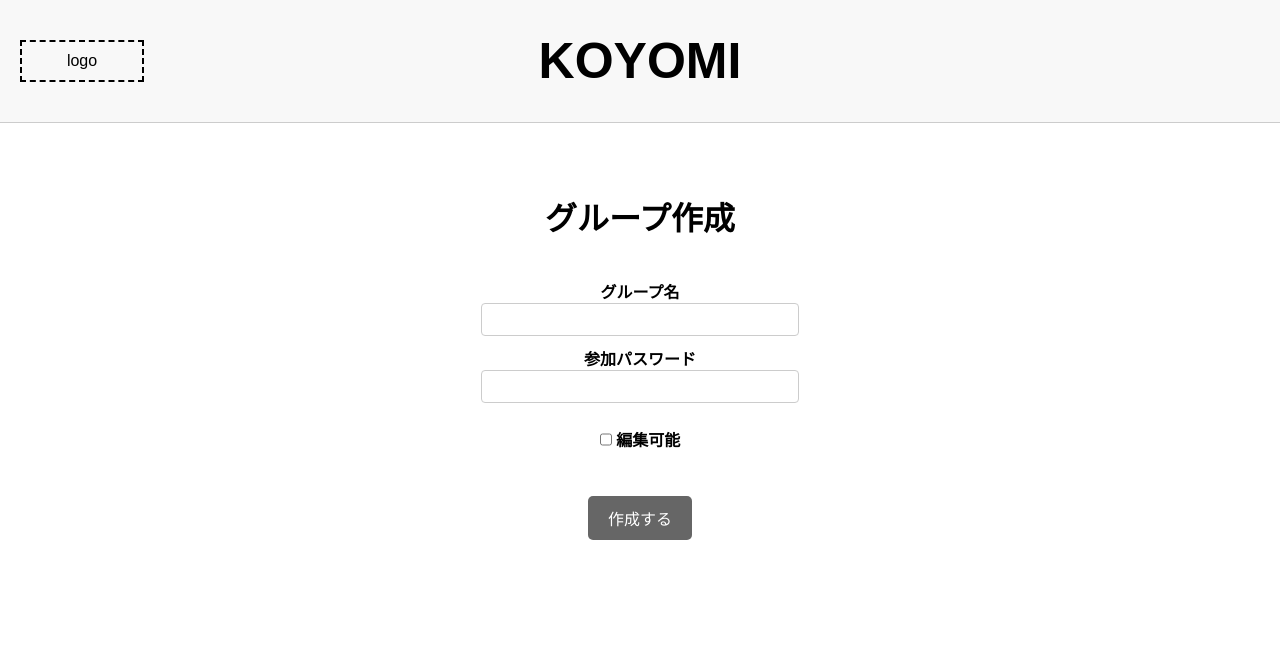
Repository: teramu0602/koyomi
Page: http://localhost/groups
The author's editor kept a copy of each file at every save. The page is drawn from the files as they stood at one save, then again after the next save.
The browser window is 1280 px wide. The pictures show the whole page.
Some web fonts or font styles are not loaded; a fallback is used. The page is served by the project's Laravel application, run on PHP 8.4 with Laravel 9.

Above is the page before, as saved 2025-03-23 15:02:35.

After the next save:
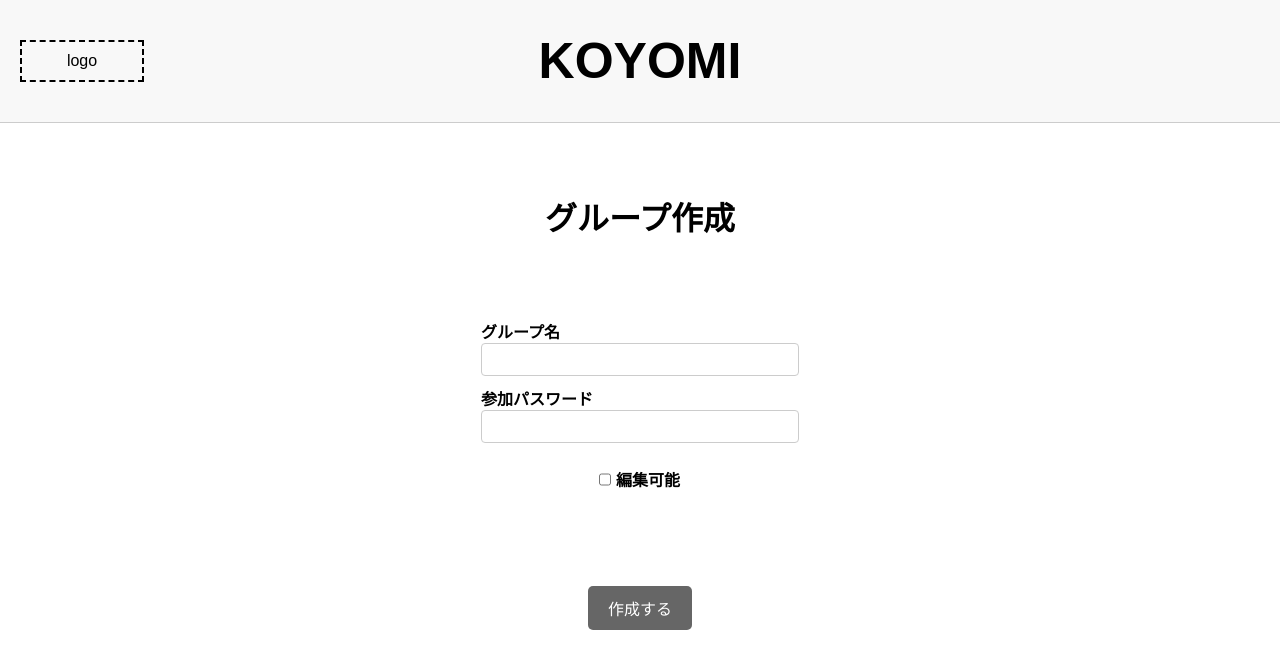
Saved 51 s later.
--- a/resources/views/admin/create_group.blade.php
+++ b/resources/views/admin/create_group.blade.php
@@ -3,6 +3,7 @@
 
 @section('content')
 <h1 class="h1">グループ作成</h1>
+<div class="joinctn">
 <form action="{{ route('groups.store') }}" method="POST">
     @csrf
     <div>
@@ -21,7 +22,7 @@
         <input class = "check_box" type="checkbox" id="edit_flg" name="edit_flg" value="1">
         <label  for="edit_flg">編集可能</label>
     </div>
-
+    </div>
     <button type="submit">作成する</button>
 </form>
 
